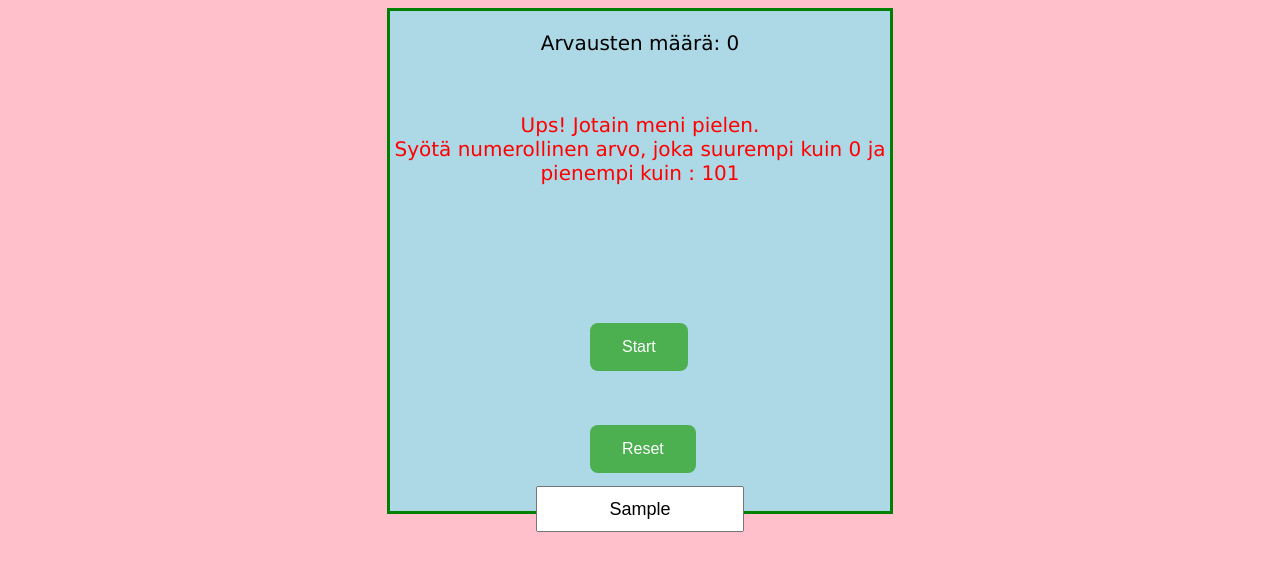
Repository: VadimZubchenko/numeronarvouspeli_JS
Page: public/index.html
These files come from the project's save history. The page is drawn as it stood at one moment and after the next save; the edit follows.
The browser window is 1280 px wide. The pictures show the whole page.
Empty fields were first filled with sample values (such as "Sample", 5 or name@example.com).
After loading, the first visible `#startGame` was clicked once.

Above is the page before, as saved 2022-04-26 16:13:02.

After the next save:
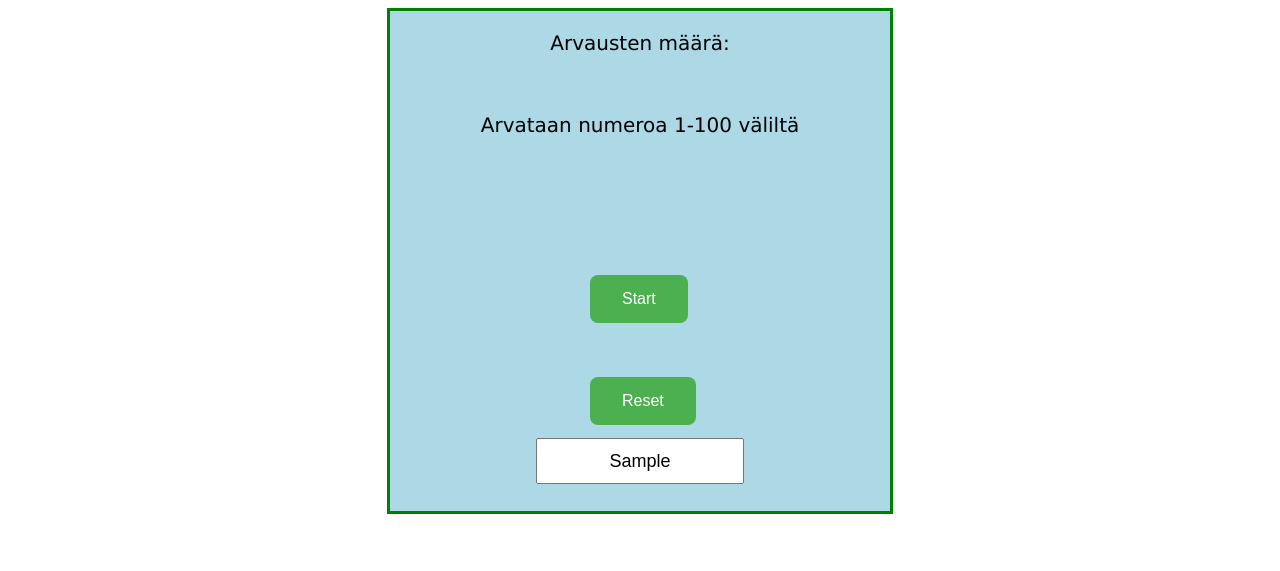
Console error: TypeError: startGame is not a function
Saved 24 s later.
--- a/public/script.js
+++ b/public/script.js
@@ -10,63 +10,67 @@ window.onload = function () {
 function superApp() {
   let arvo = Math.floor(Math.random() * 100);
   console.log("Arvo :" + arvo);
+
+  function startGame() {
+    let text = document.getElementById("message");
+    text.style.color = "";
+    document.body.style.backgroundColor = "";
+    let clientArvo = document.getElementById("numero").value;
+    //tarkistetaan syöty arvo onko numerollinen. jos on, sitten 'false'
+    let checkNaN = isNaN(clientArvo);
+
+    console.log("clientArvo: " + clientArvo);
+    console.log("ei ole numero: " + checkNaN);
+
+    if (lastMin < clientArvo && clientArvo < lastMax && !checkNaN) {
+      if (clientArvo < arvo) {
+        lastMin = clientArvo;
+        document.getElementById("message").innerHTML =
+          "Valitse luku suurempi kuin: " +
+          clientArvo +
+          ". <br>Yritä uudelleen!";
+        kpl++;
+      }
+      if (clientArvo > arvo) {
+        lastMax = clientArvo;
+        document.getElementById("message").innerHTML =
+          "Valitse luku pienempi kuin: " +
+          clientArvo +
+          ". <br>Yritä uudelleen!";
+        kpl++;
+      }
+      if (clientArvo == arvo) {
+        document.getElementById("message").innerHTML =
+          "Arvosit oikein! " + arvo + ".";
+
+        text.style.color = "red";
+        document.body.style.backgroundColor = "yellow";
+      }
+    } else {
+      document.getElementById("message").innerHTML =
+        "Ups! Jotain meni pielen. <br>Syötä numerollinen arvo, joka suurempi kuin " +
+        lastMin +
+        " ja pienempi kuin : " +
+        lastMax;
+      text.style.color = "red";
+      document.body.style.backgroundColor = "pink";
+    }
+    document.getElementById("maara").innerHTML = "Arvausten määrä: " + kpl;
+    console.log("min:" + lastMin);
+    console.log("max: :" + lastMax);
+  }
+
+  function resetGame() {
+    clientArvo = 0;
+    arvo = 0;
+    lastMin = 0;
+    lastMax = 101;
+    kpl = 0;
+    document.getElementById("numero").value = "";
+    document.getElementById("maara").innerHTML = "Arvausten määrä: " + kpl;
+    message = document.getElementById("message");
+    document.getElementById("message").innerHTML = "Arva numero 1-100 väliltä";
+    document.body.style.backgroundColor = "";
+    message.style.color = "";
+  }
 }
-
-function startGame() {
-  let text = document.getElementById("message");
-  text.style.color = "";
-  document.body.style.backgroundColor = "";
-  let clientArvo = document.getElementById("numero").value;
-  //tarkistetaan syöty arvo onko numerollinen. jos on, sitten 'false'
-  let checkNaN = isNaN(clientArvo);
-
-  console.log("clientArvo: " + clientArvo);
-  console.log("ei ole numero: " + checkNaN);
-
-  if (lastMin < clientArvo && clientArvo < lastMax && !checkNaN) {
-    if (clientArvo < arvo) {
-      lastMin = clientArvo;
-      document.getElementById("message").innerHTML =
-        "Valitse luku suurempi kuin: " + clientArvo + ". <br>Yritä uudelleen!";
-      kpl++;
-    }
-    if (clientArvo > arvo) {
-      lastMax = clientArvo;
-      document.getElementById("message").innerHTML =
-        "Valitse luku pienempi kuin: " + clientArvo + ". <br>Yritä uudelleen!";
-      kpl++;
-    }
-    if (clientArvo == arvo) {
-      document.getElementById("message").innerHTML =
-        "Arvosit oikein! " + arvo + ".";
-
-      text.style.color = "red";
-      document.body.style.backgroundColor = "yellow";
-    }
-  } else {
-    document.getElementById("message").innerHTML =
-      "Ups! Jotain meni pielen. <br>Syötä numerollinen arvo, joka suurempi kuin " +
-      lastMin +
-      " ja pienempi kuin : " +
-      lastMax;
-    text.style.color = "red";
-    document.body.style.backgroundColor = "pink";
-  }
-  document.getElementById("maara").innerHTML = "Arvausten määrä: " + kpl;
-  console.log("min:" + lastMin);
-  console.log("max: :" + lastMax);
-}
-
-function resetGame() {
-  clientArvo = 0;
-  arvo = 0;
-  lastMin = 0;
-  lastMax = 101;
-  kpl = 0;
-  document.getElementById("numero").value = "";
-  document.getElementById("maara").innerHTML = "Arvausten määrä: " + kpl;
-  message = document.getElementById("message");
-  document.getElementById("message").innerHTML = "Arva numero 1-100 väliltä";
-  document.body.style.backgroundColor = "";
-  message.style.color = "";
-}
